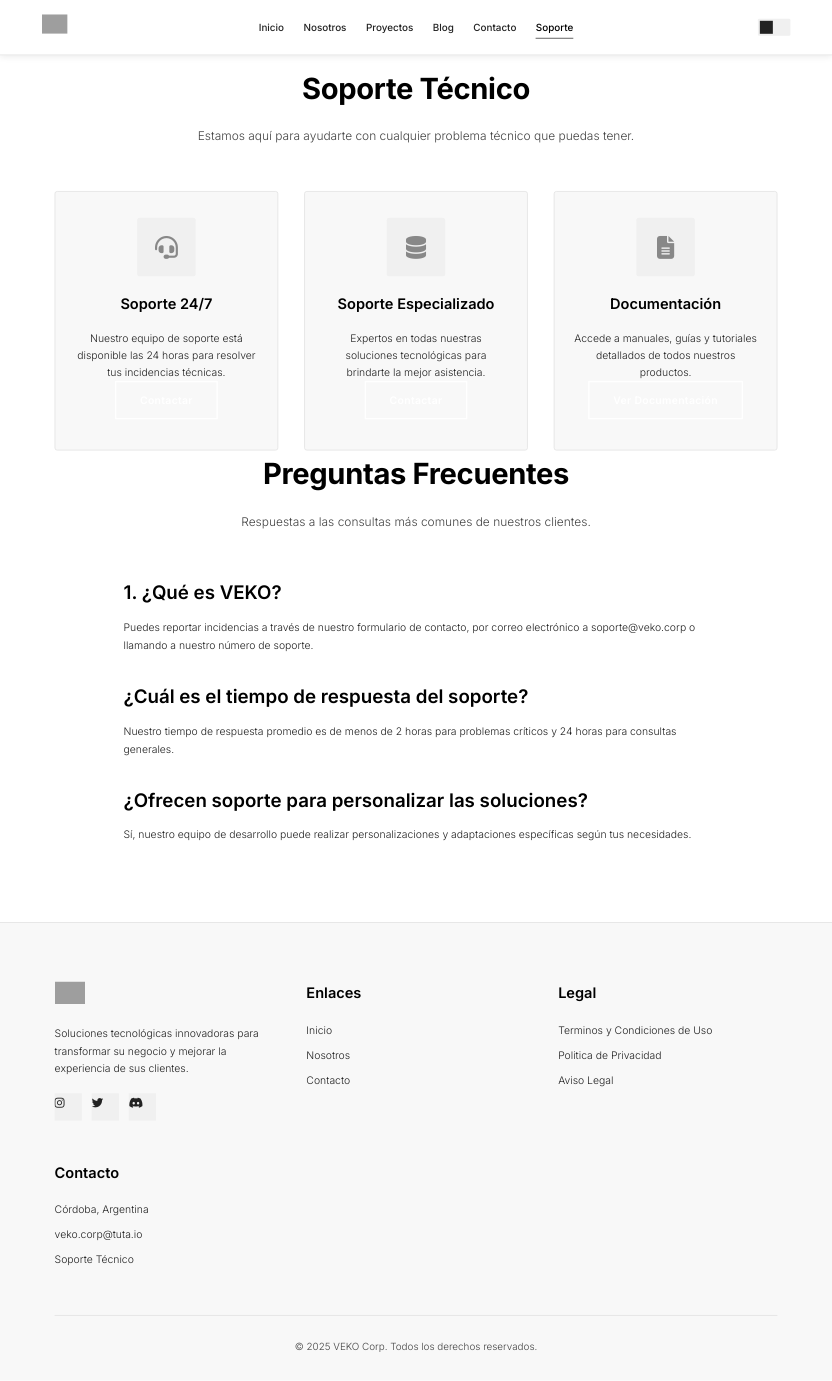
Repository: VEKO-Corp/veko-web
Page: soporte.html
The author's editor kept a copy of each file at every save. The page is drawn from the files as they stood at one save, then again after the next save.
The browser window is 1280 px wide. The pictures show the whole page, at 65% of full size.
Pictures or frames that could not be fetched are drawn as grey boxes.

Above is the page before, as saved 2025-08-11 21:47:50.

After the next save:
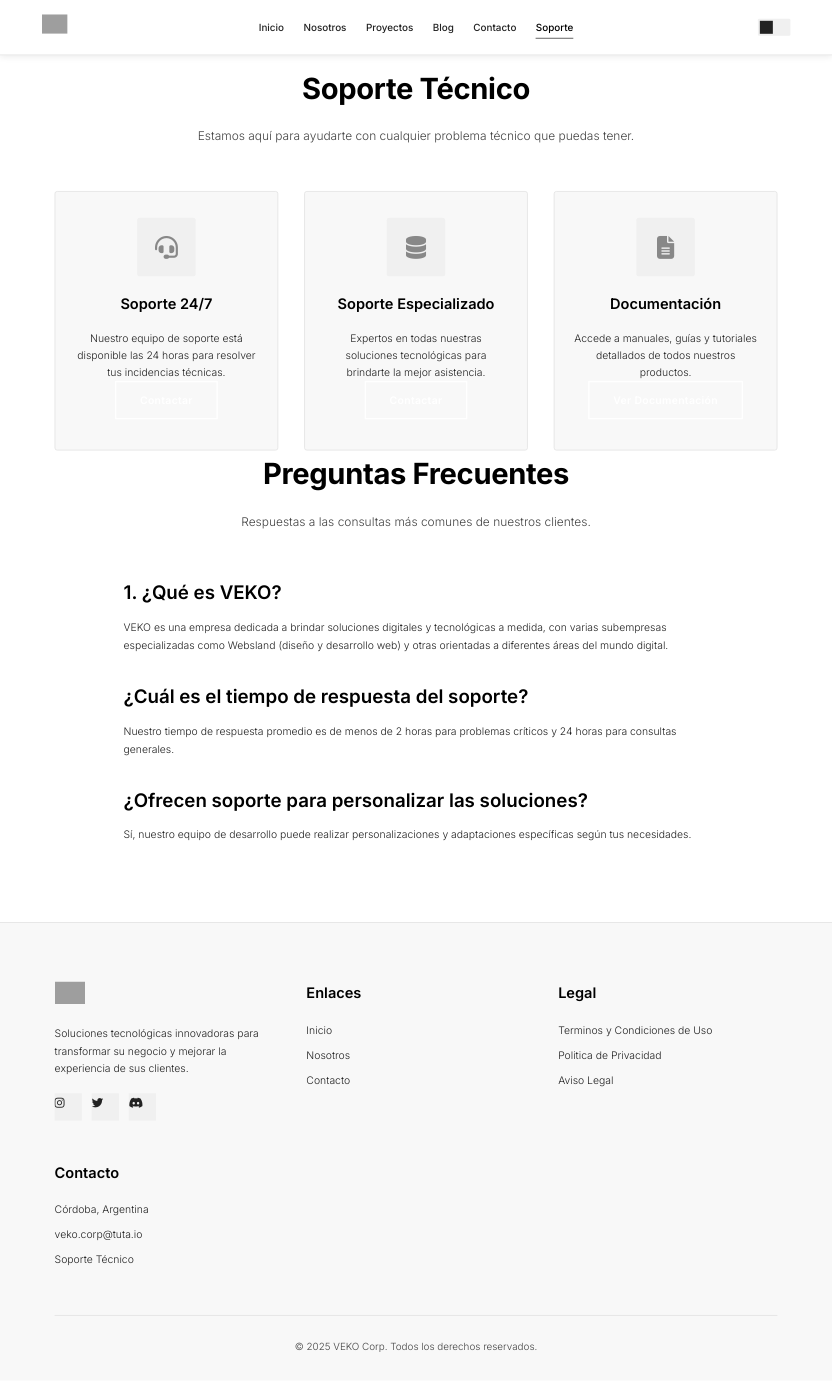
Saved 7 s later.
--- a/soporte.html
+++ b/soporte.html
@@ -68,7 +68,7 @@
 
             <div class="content-container">
                 <h3>1. ¿Qué es VEKO?</h3>
-                <p>Puedes reportar incidencias a través de nuestro formulario de contacto, por correo electrónico a soporte@veko.corp o llamando a nuestro número de soporte.</p>
+                <p>VEKO es una empresa dedicada a brindar soluciones digitales y tecnológicas a medida, con varias subempresas especializadas como Websland (diseño y desarrollo web) y otras orientadas a diferentes áreas del mundo digital.</p>
 
                 <h3>¿Cuál es el tiempo de respuesta del soporte?</h3>
                 <p>Nuestro tiempo de respuesta promedio es de menos de 2 horas para problemas críticos y 24 horas para consultas generales.</p>
